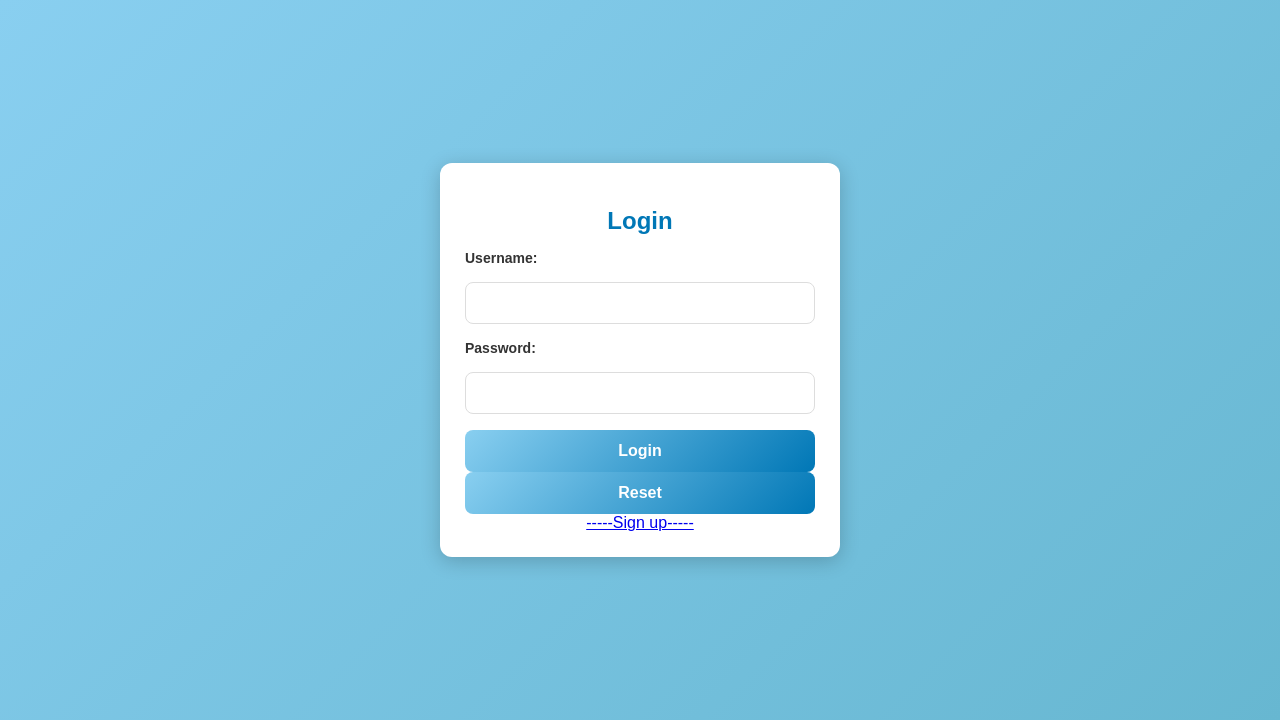
Repository: Loc2804/LTM
Page: http://localhost/RestaurantProject/Login.jsp
The author's editor kept a copy of each file at every save. The page is drawn from the files as they stood at one save, then again after the next save.
The browser window is 1280 px wide. The pictures show the whole page.
The page is served by Tomcat 10.

Above is the page before, as saved 2024-12-07 08:52:59.

After the next save:
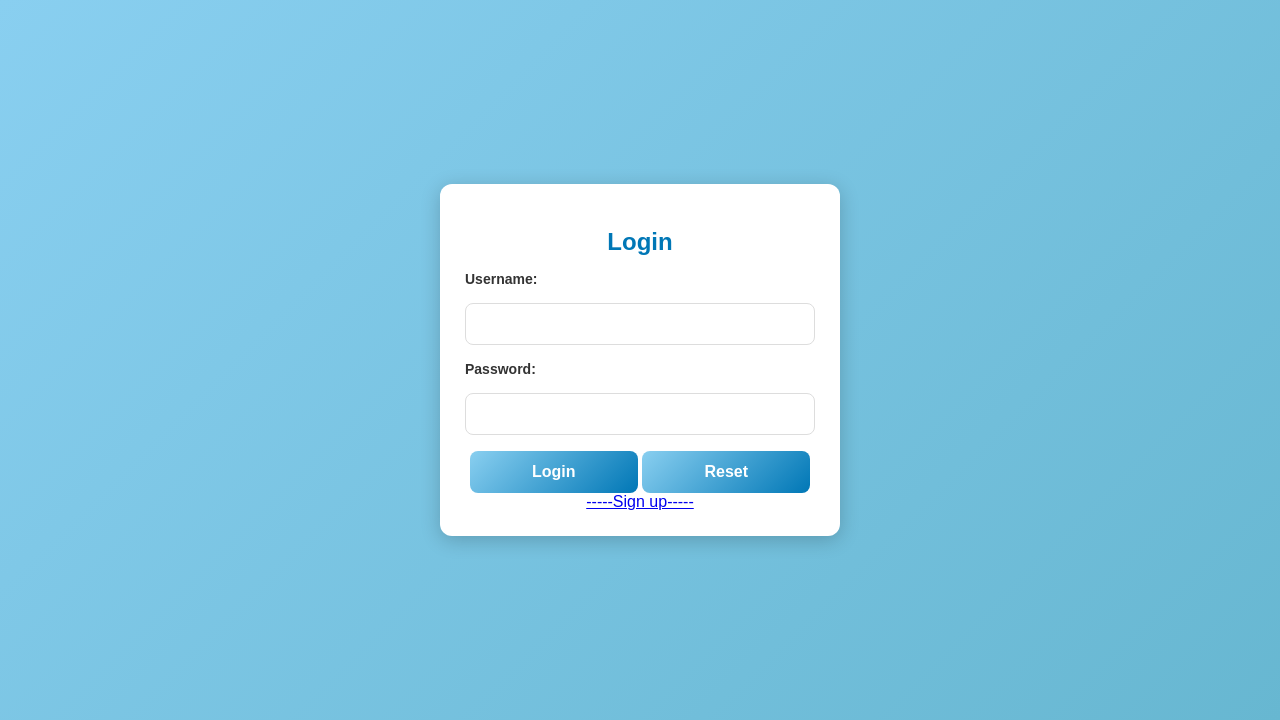
Saved 24 s later.
--- a/RestaurantProject/src/main/webapp/Login.jsp
+++ b/RestaurantProject/src/main/webapp/Login.jsp
@@ -59,10 +59,16 @@ label {
     box-shadow: 0 0 5px rgba(0, 119, 182, 0.5);
 }
 
+.form-buttons {
+    display: flex;
+    justify-content: space-between;
+    margin-top: 20px;
+}
+
 .btn {
-    width: 100%;
+    width: 48%;
     padding: 12px;
-    background: linear-gradient(135deg, #89CFF0, #0077b6); /* Xanh nước biển nhạt đến đậm */
+    background: linear-gradient(135deg, #89CFF0, #0077b6);
     color: white;
     border: none;
     border-radius: 8px;
@@ -70,10 +76,11 @@ label {
     cursor: pointer;
     font-weight: bold;
     transition: all 0.3s ease;
+    text-align: center;
 }
 
 .btn:hover {
-    background: linear-gradient(135deg, #0077b6, #005f99); /* Tông đậm hơn khi hover */
+    background: linear-gradient(135deg, #0077b6, #005f99);
     box-shadow: 0 4px 8px rgba(0, 0, 0, 0.2);
     transform: translateY(-2px);
 }
